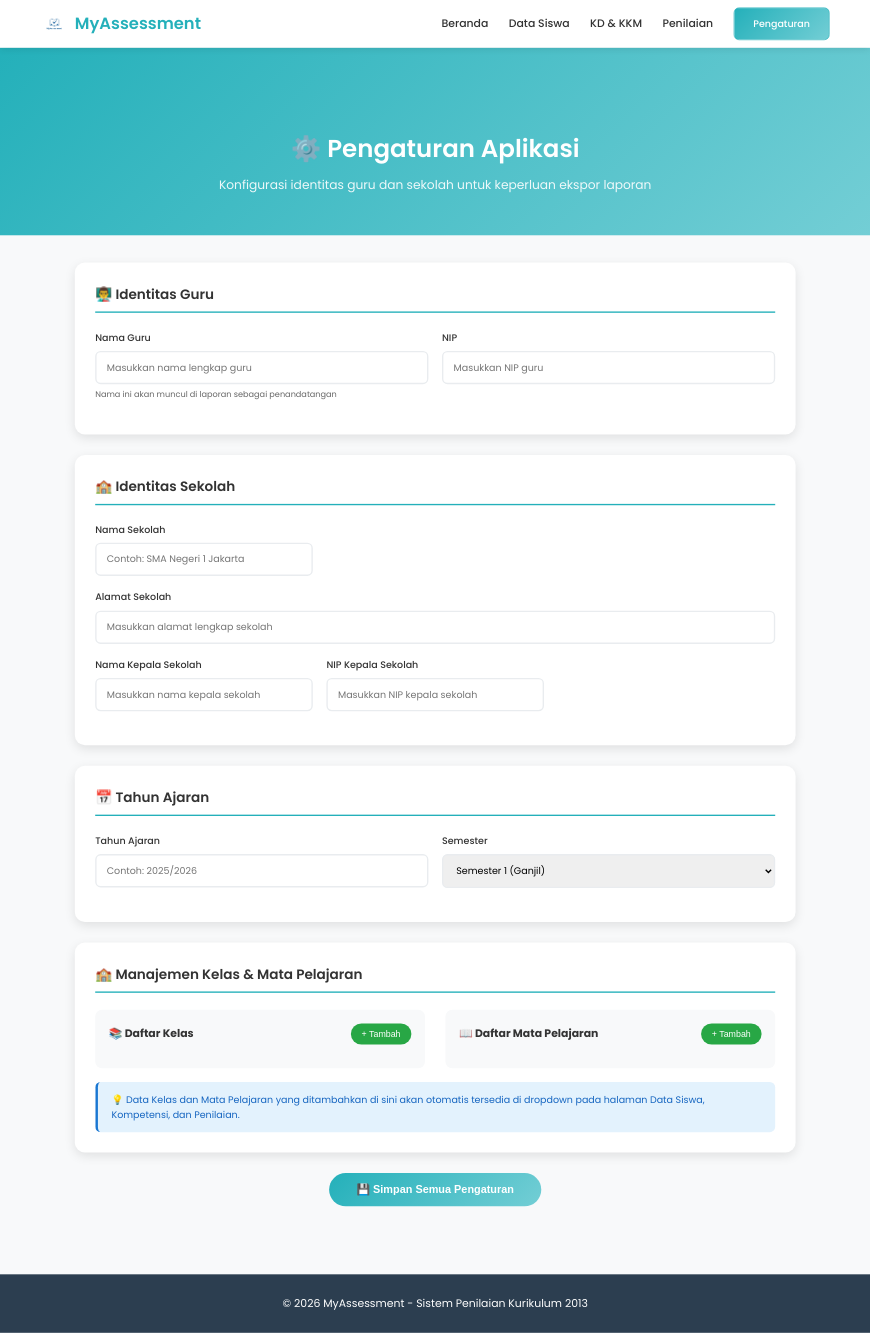
Repository: Ws529/MyAssassment_Final
Page: MyAssessment/wwwroot/pengaturan.html
The author's editor kept a copy of each file at every save. The page is drawn from the files as they stood at one save, then again after the next save.
The browser window is 1280 px wide. The pictures show the whole page, at 68% of full size.
The page's requests for data from a server got no answer.

Above is the page before, as saved 2026-01-01 14:12:59.

### MyAssessment/wwwroot/pengaturan.html
<!DOCTYPE html>
<html lang="id">
<head>
    <meta charset="utf-8" />
    <meta name="viewport" content="width=device-width, initial-scale=1.0" />
    <title>Pengaturan - My Assessment</title>
    <link href="https://fonts.googleapis.com/css2?family=Poppins:wght@300;400;500;600;700&display=swap" rel="stylesheet">
    <link href="assets/css/neon-buttons.css" rel="stylesheet">
    <style>
        * { margin: 0; padding: 0; box-sizing: border-box; }
        body { font-family: 'Poppins', sans-serif; line-height: 1.6; color: #333; background-color: #f8f9fa; }
        .container { max-width: 1100px; margin: 0 auto; padding: 0 20px; }
        .navbar { background: #fff; box-shadow: 0 2px 10px rgba(0,0,0,0.1); position: fixed; top: 0; width: 100%; z-index: 1000; }
        .nav-container { max-width: 1200px; margin: 0 auto; padding: 0 20px; display: flex; justify-content: space-between; align-items: center; height: 70px; }
        .nav-brand { display: flex; align-items: center; font-size: 24px; font-weight: 600; color: #24b0ba; gap: 10px; text-decoration: none; }
        .nav-menu { display: flex; align-items: center; gap: 30px; }
        .nav-link { text-decoration: none; color: #333; font-weight: 500; transition: color 0.3s; }
        .nav-link:hover, .nav-link.active { color: #24b0ba; }
        .btn-primary { background: linear-gradient(135deg, #24b0ba, #73ced5); color: white; border: none; padding: 12px 24px; border-radius: 25px; font-weight: 500; cursor: pointer; text-decoration: none; }
        .page-header { background: linear-gradient(135deg, #24b0ba, #73ced5); color: white; padding: 120px 0 60px; margin-top: 70px; text-align: center; }
        .page-header h1 { font-size: 36px; font-weight: 600; margin-bottom: 10px; }
        .page-header p { font-size: 18px; opacity: 0.9; }
        .page-content { padding: 40px 0; min-height: 60vh; }
        .settings-card { background: white; padding: 30px; border-radius: 15px; box-shadow: 0 5px 15px rgba(0,0,0,0.1); margin-bottom: 30px; }
        .settings-card h3 { font-size: 20px; font-weight: 600; margin-bottom: 25px; color: #333; border-bottom: 2px solid #24b0ba; padding-bottom: 10px; display: flex; align-items: center; gap: 10px; justify-content: space-between; }
        .settings-card h3 span { display: flex; align-items: center; gap: 10px; }
        .form-grid { display: grid; grid-template-columns: repeat(auto-fit, minmax(300px, 1fr)); gap: 20px; margin-bottom: 20px; }
        .form-group { display: flex; flex-direction: column; }
        .form-group.full-width { grid-column: 1 / -1; }
        .form-group label { font-weight: 500; margin-bottom: 8px; color: #333; font-size: 14px; }
        .form-input { padding: 12px 15px; border: 2px solid #e9ecef; border-radius: 8px; font-size: 14px; outline: none; font-family: 'Poppins', sans-serif; transition: border-color 0.3s; }
        .form-input:focus { border-color: #24b0ba; }
        .form-hint { font-size: 12px; color: #666; margin-top: 5px; }
        .btn-save { background: linear-gradient(135deg, #24b0ba, #73ced5); color: white; border: none; padding: 15px 40px; border-radius: 25px; font-weight: 600; font-size: 16px; cursor: pointer; transition: transform 0.3s; display: flex; align-items: center; gap: 10px; margin: 0 auto; }
        .btn-save:hover { transform: translateY(-2px); }
        .btn-add { background: #28a745; color: white; border: none; padding: 8px 16px; border-radius: 20px; font-weight: 500; cursor: pointer; font-size: 13px; }
        .btn-edit { background: #ffc107; color: #333; border: none; padding: 6px 12px; border-radius: 5px; font-size: 12px; cursor: pointer; margin-right: 5px; }
        .btn-delete { background: #dc3545; color: white; border: none; padding: 6px 12px; border-radius: 5px; font-size: 12px; cursor: pointer; }
        .message { padding: 15px 20px; border-radius: 8px; margin-bottom: 20px; display: none; }
        .message.success { background: #d4edda; color: #155724; border: 1px solid #c3e6cb; display: block; }
        .message.error { background: #f8d7da; color: #721c24; border: 1px solid #f5c6cb; display: block; }
        .info-box { background: #e3f2fd; border-left: 4px solid #1976d2; padding: 15px 20px; border-radius: 8px; margin-top: 20px; }
        .info-box p { font-size: 14px; color: #1565c0; margin: 0; }
        .list-container { display: grid; grid-template-columns: 1fr 1fr; gap: 30px; }
        .list-section { background: #f8f9fa; border-radius: 10px; padding: 20px; }
        .list-section h4 { font-size: 16px; margin-bottom: 15px; color: #333; display: flex; justify-content: space-between; align-items: center; }
        .item-list { max-height: 300px; overflow-y: auto; }
        .item-row { display: flex; justify-content: space-between; align-items: center; padding: 10px 15px; background: white; border-radius: 8px; margin-bottom: 8px; box-shadow: 0 2px 5px rgba(0,0,0,0.05); }
        .item-row:hover { background: #e8f5e9; }
        .item-name { font-weight: 500; }
        .item-actions { display: flex; gap: 5px; }
        .inline-form { display: flex; gap: 10px; margin-bottom: 15px; }
        .inline-form input { flex: 1; padding: 10px 15px; border: 2px solid #e9ecef; border-radius: 8px; font-size: 14px; outline: none; }
        .inline-form input:focus { border-color: #24b0ba; }
        .inline-form button { padding: 10px 20px; border: none; border-radius: 8px; cursor: pointer; font-weight: 500; }
        .btn-confirm { background: #28a745; color: white; }
        .btn-cancel { background: #6c757d; color: white; }
        .footer { background: #2c3e50; color: white; padding: 30px 0; text-align: center; margin-top: 60px; }
        @media (max-width: 768px) {
            .nav-menu { display: none; }
            .form-grid { grid-template-columns: 1fr; }
            .list-container { grid-template-columns: 1fr; }
        }
    </style>
</head>
<body>
    <nav class="navbar">
        <div class="nav-container">
            <a href="index.html" class="nav-brand">
                <img src="assets/img/logo.png" alt="MyAssessment Logo" style="height: 40px; width: auto;">
                <span>MyAssessment</span>
            </a>
            <div class="nav-menu">
                <a href="index.html" class="nav-link">Beranda</a>
                <a href="siswa.html" class="nav-link">Data Siswa</a>
                <a href="kompetensi.html" class="nav-link">KD & KKM</a>
                <a href="penilaian.html" class="nav-link">Penilaian</a>
                <a href="pengaturan.html" class="btn-neon btn-neon-primary">Pengaturan</a>
            </div>
        </div>
    </nav>
    <section class="page-header">
        <div class="container">
            <h1>⚙️ Pengaturan Aplikasi</h1>
            <p>Konfigurasi identitas guru dan sekolah untuk keperluan ekspor laporan</p>
        </div>
    </section>
    <section class="page-content">
        <div class="container">
            <div class="message" id="message"></div>
            <div class="settings-card">
                <h3>👨‍🏫 Identitas Guru</h3>
                <div class="form-grid">
                    <div class="form-group">
                        <label>Nama Guru</label>
                        <input type="text" class="form-input" id="teacherName" placeholder="Masukkan nama lengkap guru">
                        <span class="form-hint">Nama ini akan muncul di laporan sebagai penandatangan</span>
                    </div>
                    <div class="form-group">
                        <label>NIP</label>
                        <input type="text" class="form-input" id="teacherNIP" placeholder="Masukkan NIP guru">
                    </div>
                </div>
            </div>
            <div class="settings-card">
                <h3>🏫 Identitas Sekolah</h3>
                <div class="form-grid">
                    <div class="form-group">
                        <label>Nama Sekolah</label>
                        <input type="text" class="form-input" id="schoolName" placeholder="Contoh: SMA Negeri 1 Jakarta">
                    </div>
                    <div class="form-group full-width">
                        <label>Alamat Sekolah</label>
                        <input type="text" class="form-input" id="schoolAddress" placeholder="Masukkan alamat lengkap sekolah">
                    </div>
                    <div class="form-group">
                        <label>Nama Kepala Sekolah</label>
                        <input type="text" class="form-input" id="principalName" placeholder="Masukkan nama kepala sekolah">
                    </div>
                    <div class="form-group">
                        <label>NIP Kepala Sekolah</label>
                        <input type="text" class="form-input" id="principalNIP" placeholder="Masukkan NIP kepala sekolah">
                    </div>
                </div>
            </div>
            <div class="settings-card">
                <h3><span>📅 Tahun Ajaran</span></h3>
                <div class="form-grid">
                    <div class="form-group">
                        <label>Tahun Ajaran</label>
                        <input type="text" class="form-input" id="academicYear" placeholder="Contoh: 2025/2026">
                    </div>
                    <div class="form-group">
                        <label>Semester</label>
                        <select class="form-input" id="semester">
                            <option value="1">Semester 1 (Ganjil)</option>
                            <option value="2">Semester 2 (Genap)</option>
                        </select>
                    </div>
                </div>
            </div>
            <div class="settings-card">
                <h3><span>🏫 Manajemen Kelas & Mata Pelajaran</span></h3>
                <div class="list-container">
                    <div class="list-section">
                        <h4><span>📚 Daftar Kelas</span><button class="btn-add" onclick="showAddKelas()">+ Tambah</button></h4>
                        <div class="inline-form" id="kelasForm" style="display: none;">
                            <input type="text" id="kelasInput" placeholder="Nama kelas (cth: X IPA 1)">
                            <button class="btn-confirm" onclick="saveKelas()">✓</button>
                            <button class="btn-cancel" onclick="cancelKelas()">✕</button>
                        </div>
                        <div class="item-list" id="kelasList"></div>
                    </div>
                    <div class="list-section">
                        <h4><span>📖 Daftar Mata Pelajaran</span><button class="btn-add" onclick="showAddMapel()">+ Tambah</button></h4>
                        <div class="inline-form" id="mapelForm" style="display: none;">
                            <input type="text" id="mapelInput" placeholder="Nama mapel (cth: Matematika)">
                            <button class="btn-confirm" onclick="saveMapel()">✓</button>
                            <button class="btn-cancel" onclick="cancelMapel()">✕</button>
                        </div>
                        <div class="item-list" id="mapelList"></div>
                    </div>
                </div>
                <div class="info-box">
                    <p>💡 Data Kelas dan Mata Pelajaran yang ditambahkan di sini akan otomatis tersedia di dropdown pada halaman Data Siswa, Kompetensi, dan Penilaian.</p>
                </div>
            </div>
            <button class="btn-save" onclick="saveSettings()">💾 Simpan Semua Pengaturan</button>
        </div>
    </section>
    <footer class="footer">
        <div class="container"><p>© 2026 MyAssessment - Sistem Penilaian Kurikulum 2013</p></div>
    </footer>
    <script>
        const API_URL = '/api';
        let appSettings = {};
        let kelasList = [];
        let mapelList = [];
        let editingKelasId = null;
        let editingMapelId = null;

        document.addEventListener('DOMContentLoaded', function() {
            loadSettings();
            loadKelas();
            loadMapel();
        });

        async function loadSettings() {
            try {
                const res = await fetch(`${API_URL}/settings`);
                appSettings = await res.json();
                document.getElementById('teacherName').value = appSettings.teacherName || '';
                document.getElementById('teacherNIP').value = appSettings.teacherNIP || '';
                document.getElementById('schoolName').value = appSettings.schoolName || '';
                document.getElementById('schoolAddress').value = appSettings.schoolAddress || '';
                document.getElementById('principalName').value = appSettings.principalName || '';
                document.getElementById('principalNIP').value = appSettings.principalNIP || '';
                document.getElementById('academicYear').value = appSettings.academicYear || '';
                document.getElementById('semester').value = appSettings.semester || '1';
            } catch (err) {
                console.error('Error loading settings:', err);
            }
        }

        async function loadKelas() {
            try {
                const res = await fetch(`${API_URL}/kelas`);
                kelasList = await res.json();
                renderKelasList();
            } catch (err) {
                console.error('Error loading kelas:', err);
            }
        }

        async function loadMapel() {
            try {
                const res = await fetch(`${API_URL}/mapel`);
                mapelList = await res.json();
                renderMapelList();
            } catch (err) {
                console.error('Error loading mapel:', err);
            }
        }

        function renderKelasList() {
            const container = document.getElementById('kelasList');
            if (kelasList.length === 0) {
                container.innerHTML = '<p style="text-align:center;color:#666;padding:20px;">Belum ada kelas</p>';
                return;
            }
            container.innerHTML = kelasList.map(kelas => `
                <div class="item-row">
                    <span class="item-name">${kelas.nama}</span>
                    <div class="item-actions">
                        <button class="btn-edit" onclick="editKelas('${kelas.id}')">Edit</button>
                        <button class="btn-delete" onclick="deleteKelas('${kelas.id}')">Hapus</button>
                    </div>
                </div>
            `).join('');
        }

        function renderMapelList() {
            const container = document.getElementById('mapelList');
            if (mapelList.length === 0) {
                container.innerHTML = '<p style="text-align:center;color:#666;padding:20px;">Belum ada mata pelajaran</p>';
                return;
            }
            container.innerHTML = mapelList.map(mapel => `
                <div class="item-row">
                    <span class="item-name">${mapel.nama}</span>
                    <div class="item-actions">
                        <button class="btn-edit" onclick="editMapel('${mapel.id}')">Edit</button>
                        <button class="btn-delete" onclick="deleteMapel('${mapel.id}')">Hapus</button>
                    </div>
                </div>
            `).join('');
        }

        function showAddKelas() {
            document.getElementById('kelasForm').style.display = 'flex';
            document.getElementById('kelasInput').value = '';
            document.getElementById('kelasInput').focus();
            editingKelasId = null;
        }

        function editKelas(id) {
            const kelas = kelasList.find(k => k.id === id);
            if (kelas) {
                document.getElementById('kelasForm').style.display = 'flex';
                document.getElementById('kelasInput').value = kelas.nama;
                document.getElementById('kelasInput').focus();
                editingKelasId = id;
            }
        }

        async function saveKelas() {
            const nama = document.getElementById('kelasInput').value.trim();
            if (!nama) { alert('Nama kelas tidak boleh kosong!'); return; }
            try {
                if (editingKelasId) {
                    await fetch(`${API_URL}/kelas/${editingKelasId}`, {
                        method: 'PUT',
                        headers: { 'Content-Type': 'application/json' },
                        body: JSON.stringify({ nama })
                    });
                    showMessage('Kelas berhasil diperbarui!', 'success');
                } else {
                    await fetch(`${API_URL}/kelas`, {
                        method: 'POST',
                        headers: { 'Content-Type': 'application/json' },
                        body: JSON.stringify({ nama })
                    });
                    showMessage('Kelas berhasil ditambahkan!', 'success');
                }
                cancelKelas();
                loadKelas();
            } catch (err) {
                showMessage('Gagal menyimpan kelas', 'error');
            }
        }

        async function deleteKelas(id) {
            if (confirm('Yakin ingin menghapus kelas ini?')) {
                try {
                    await fetch(`${API_URL}/kelas/${id}`, { method: 'DELETE' });
                    showMessage('Kelas berhasil dihapus!', 'success');
                    loadKelas();
                } catch (err) {
                    showMessage('Gagal menghapus kelas', 'error');
                }
            }
        }

        function cancelKelas() {
            document.getElementById('kelasForm').style.display = 'none';
            document.getElementById('kelasInput').value = '';
            editingKelasId = null;
        }

        function showAddMapel() {
            document.getElementById('mapelForm').style.display = 'flex';
            document.getElementById('mapelInput').value = '';
            document.getElementById('mapelInput').focus();
            editingMapelId = null;
        }

        function editMapel(id) {
            const mapel = mapelList.find(m => m.id === id);
            if (mapel) {
                document.getElementById('mapelForm').style.display = 'flex';
                document.getElementById('mapelInput').value = mapel.nama;
                document.getElementById('mapelInput').focus();
                editingMapelId = id;
            }
        }

        async function saveMapel() {
            const nama = document.getElementById('mapelInput').value.trim();
            if (!nama) { alert('Nama mata pelajaran tidak boleh kosong!'); return; }
            try {
                if (editingMapelId) {
                    await fetch(`${API_URL}/mapel/${editingMapelId}`, {
                        method: 'PUT',
                        headers: { 'Content-Type': 'application/json' },
                        body: JSON.stringify({ nama })
                    });
                    showMessage('Mata pelajaran berhasil diperbarui!', 'success');
                } else {
                    await fetch(`${API_URL}/mapel`, {
                        method: 'POST',
                        headers: { 'Content-Type': 'application/json' },
                        body: JSON.stringify({ nama })
                    });
                    showMessage('Mata pelajaran berhasil ditambahkan!', 'success');
                }
                cancelMapel();
                loadMapel();
            } catch (err) {
                showMessage('Gagal menyimpan mata pelajaran', 'error');
            }
        }

        async function deleteMapel(id) {
            if (confirm('Yakin ingin menghapus mata pelajaran ini?')) {
                try {
                    await fetch(`${API_URL}/mapel/${id}`, { method: 'DELETE' });
                    showMessage('Mata pelajaran berhasil dihapus!', 'success');
                    loadMapel();
                } catch (err) {
                    showMessage('Gagal menghapus mata pelajaran', 'error');
                }
            }
        }

        function cancelMapel() {
            document.getElementById('mapelForm').style.display = 'none';
            document.getElementById('mapelInput').value = '';
            editingMapelId = null;
        }

        async function saveSettings() {
            const settings = {
                id: appSettings.id || null,
                teacherName: document.getElementById('teacherName').value,
                teacherNIP: document.getElementById('teacherNIP').value,
                schoolName: document.getElementById('schoolName').value,
                schoolAddress: document.getElementById('schoolAddress').value,
                principalName: document.getElementById('principalName').value,
                principalNIP: document.getElementById('principalNIP').value,
                academicYear: document.getElementById('academicYear').value,
                semester: parseInt(document.getElementById('semester').value)
            };
            try {
                await fetch(`${API_URL}/settings`, {
                    method: 'POST',
                    headers: { 'Content-Type': 'application/json' },
                    body: JSON.stringify(settings)
                });
                showMessage('Semua pengaturan berhasil disimpan!', 'success');
                loadSettings();
            } catch (err) {
                showMessage('Gagal menyimpan pengaturan', 'error');
            }
        }

        function showMessage(text, type) {
            const msg = document.getElementById('message');
            msg.textContent = text;
            msg.className = 'message ' + type;
            window.scrollTo({ top: 0, behavior: 'smooth' });
            setTimeout(() => { msg.className = 'message'; }, 3000);
        }
    </script>
</body>
</html>

Loaded but not shown: MyAssessment/wwwroot/assets/css/neon-buttons.css (288 lines, source omitted)

After the next save:
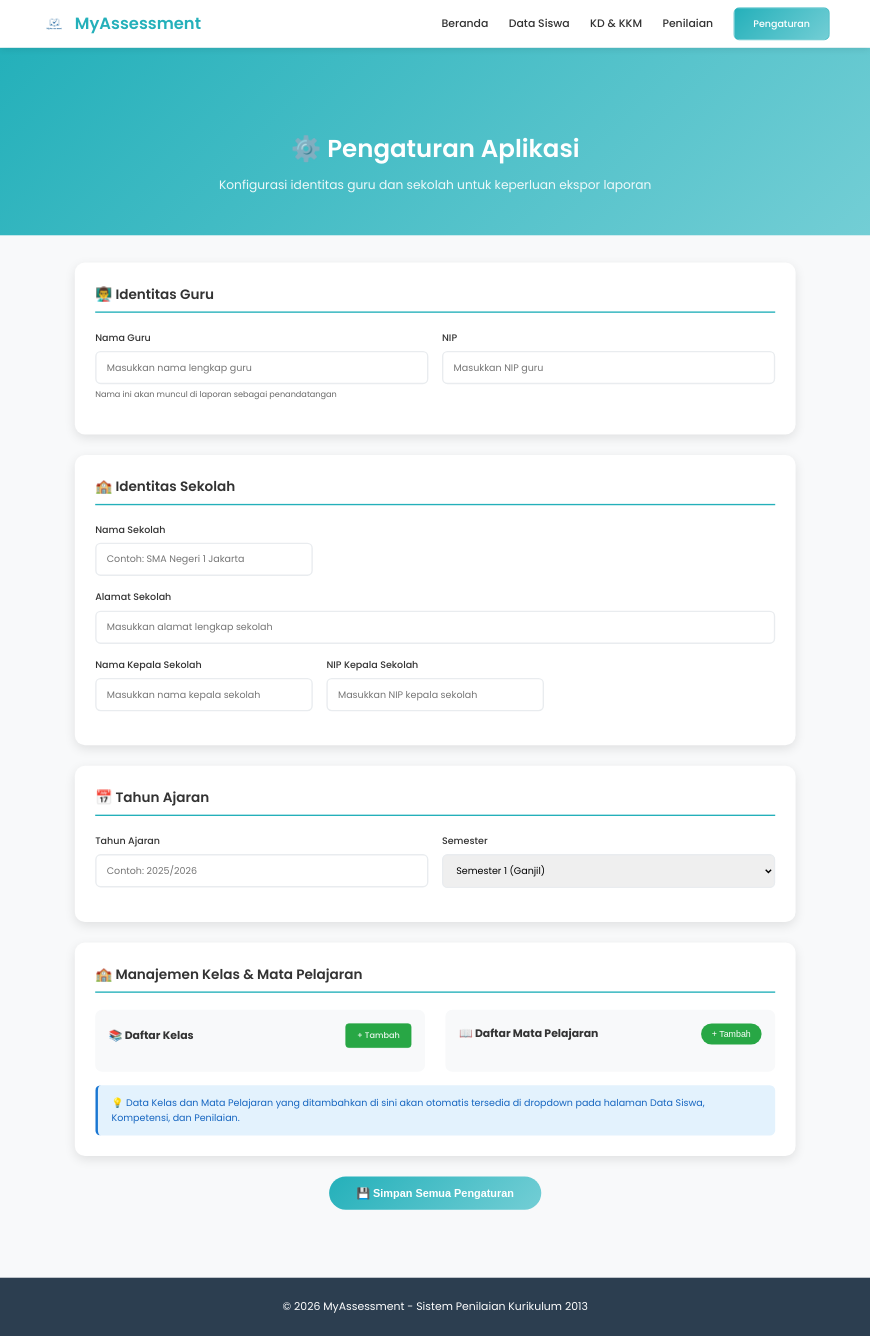
Saved 15 s later.
--- a/MyAssessment/wwwroot/pengaturan.html
+++ b/MyAssessment/wwwroot/pengaturan.html
@@ -143,11 +143,11 @@
                 <h3><span>🏫 Manajemen Kelas & Mata Pelajaran</span></h3>
                 <div class="list-container">
                     <div class="list-section">
-                        <h4><span>📚 Daftar Kelas</span><button class="btn-add" onclick="showAddKelas()">+ Tambah</button></h4>
+                        <h4><span>📚 Daftar Kelas</span><button class="btn-neon btn-neon-success btn-neon-sm" onclick="showAddKelas()">+ Tambah</button></h4>
                         <div class="inline-form" id="kelasForm" style="display: none;">
                             <input type="text" id="kelasInput" placeholder="Nama kelas (cth: X IPA 1)">
-                            <button class="btn-confirm" onclick="saveKelas()">✓</button>
-                            <button class="btn-cancel" onclick="cancelKelas()">✕</button>
+                            <button class="btn-neon btn-neon-success btn-neon-sm" onclick="saveKelas()">✓</button>
+                            <button class="btn-neon btn-neon-secondary btn-neon-sm" onclick="cancelKelas()">✕</button>
                         </div>
                         <div class="item-list" id="kelasList"></div>
                     </div>
